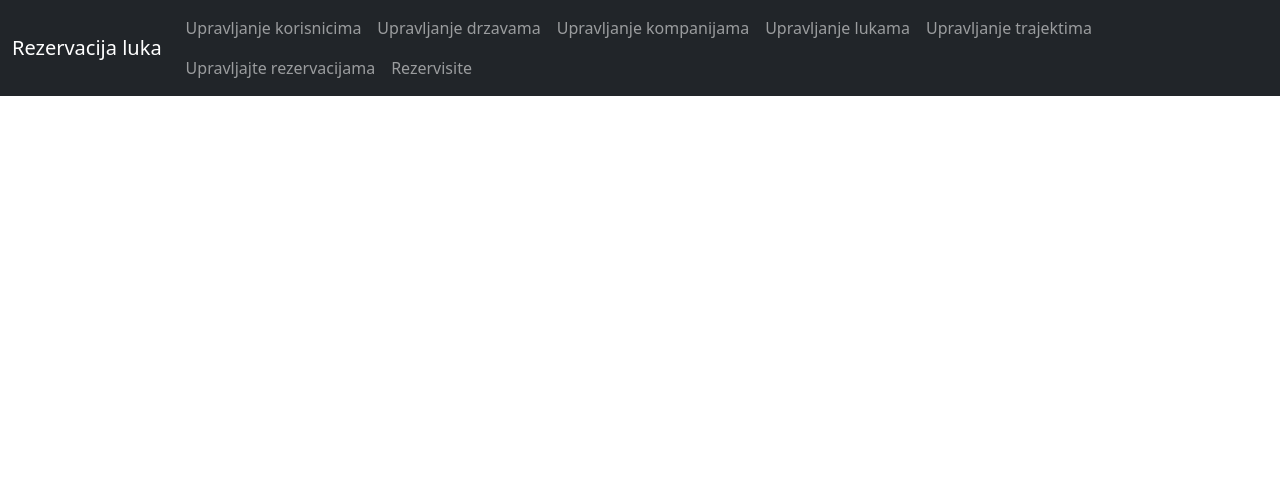
Repository: djapa4/ris
Page: http://localhost/login
These files come from the project's save history. The page is drawn as it stood at one moment and after the next save; the edit follows.
The browser window is 1280 px wide. The pictures show the whole page.
The page is this project's Thymeleaf template; nobody is signed in. The template is opened directly, without the code that normally fills it, so the values that code supplies are empty.

Above is the page before, as saved 2025-09-18 14:51:18.

After the next save:
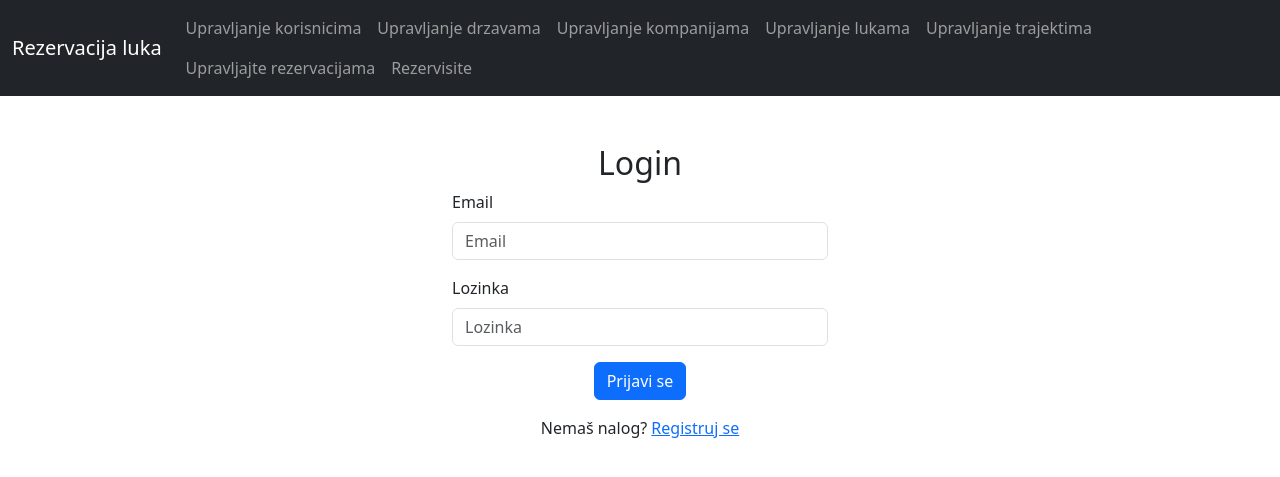
Saved 18 s later.
--- a/TrajektiWeb/src/main/resources/templates/login.html
+++ b/TrajektiWeb/src/main/resources/templates/login.html
@@ -30,6 +30,24 @@
 			</ul>
 		</div>
 	</nav>
-
+	<div class="container mt-5" style="max-width: 400px;">
+    <h2 class="text-center">Login</h2>
+    <form th:action="@{/login}" method="post">
+        <div class="mb-3">
+            <label for="username" class="form-label">Email</label>
+            <input type="text" id="username" name="username" class="form-control" placeholder="Email" required>
+        </div>
+        <div class="mb-3">
+            <label for="password" class="form-label">Lozinka</label>
+            <input type="password" id="password" name="password" class="form-control" placeholder="Lozinka" required>
+        </div>
+        <div class="text-center">
+            <button type="submit" class="btn btn-primary">Prijavi se</button>
+        </div>
+        <p class="mt-3 text-center">
+            Nemaš nalog? <a th:href="@{/register}">Registruj se</a>
+        </p>
+    </form>
+</div>
 </body>
 </html>
